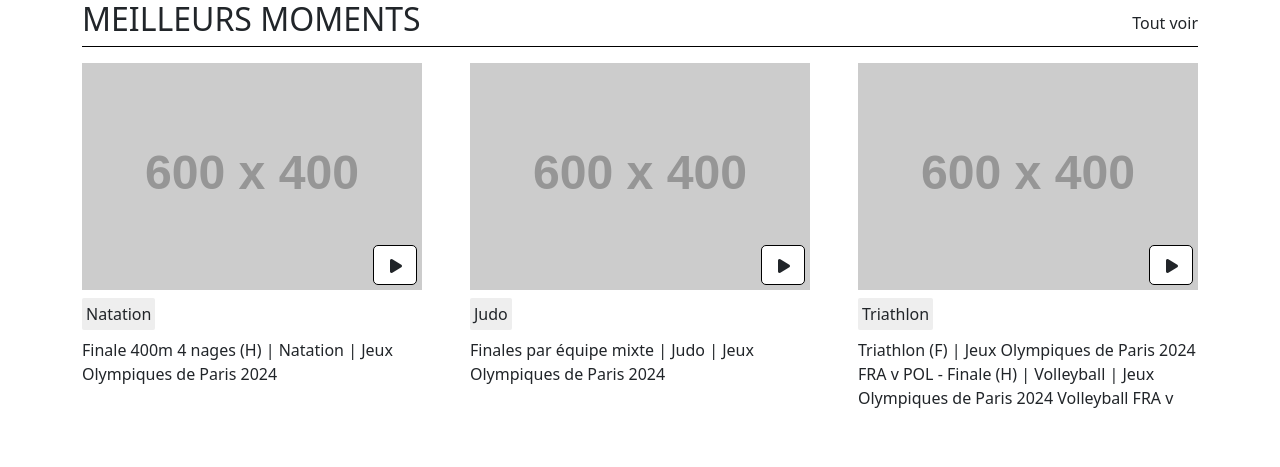
Repository: fbansept/ran3_24_jeu
Page: index.html
An editor plug-in stored every save of this project. The page is shown before and after the next save, followed by the edit.
The browser window is 1280 px wide. The pictures show the whole page.
Some web libraries are served in a nearby version.

Above is the page before, as saved 2024-10-14 16:14:52.

After the next save:
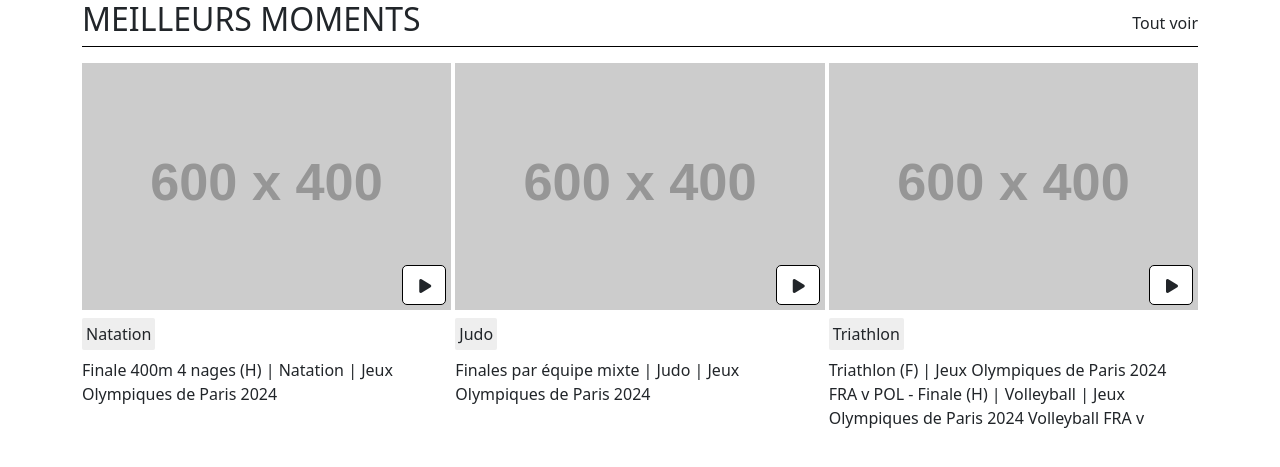
Saved 4 s later.
--- a/index.html
+++ b/index.html
@@ -32,7 +32,7 @@
           <h2>MEILLEURS MOMENTS</h2>
           <span>Tout voir</span>
         </header>
-        <div class="row row-cols-1 row-cols-md-3 g-md-1 g-lg-5">
+        <div class="row row-cols-1 row-cols-md-3 g-md-1 g-lg-6">
           <article class="col">
             <div class="image">
               <img src="https://placehold.co/600x400" alt="" />

After the save that followed:
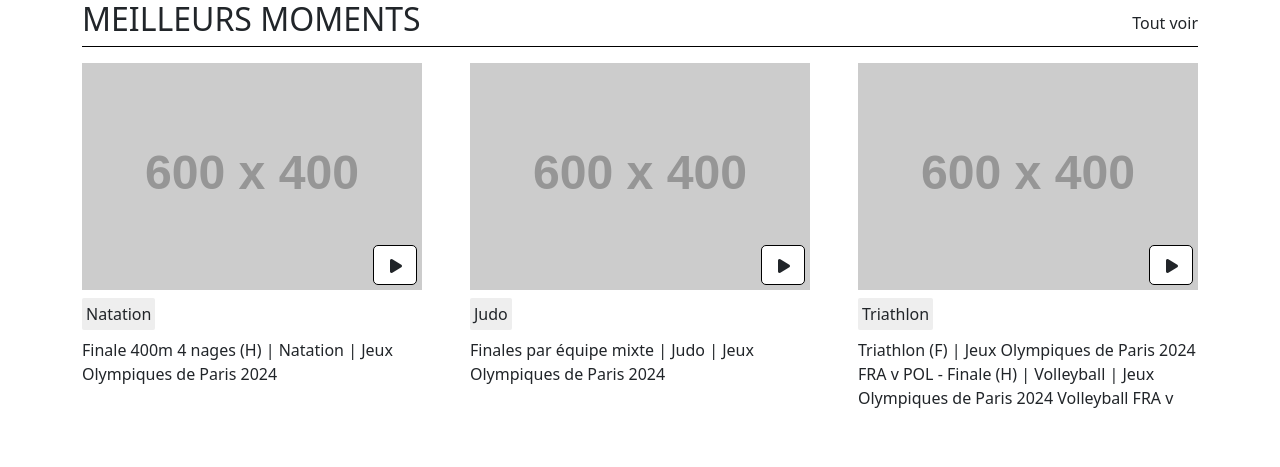
Saved 6 s later.
--- a/index.html
+++ b/index.html
@@ -32,7 +32,7 @@
           <h2>MEILLEURS MOMENTS</h2>
           <span>Tout voir</span>
         </header>
-        <div class="row row-cols-1 row-cols-md-3 g-md-1 g-lg-6">
+        <div class="row row-cols-1 row-cols-md-3 g-md-1 g-lg-5">
           <article class="col">
             <div class="image">
               <img src="https://placehold.co/600x400" alt="" />
